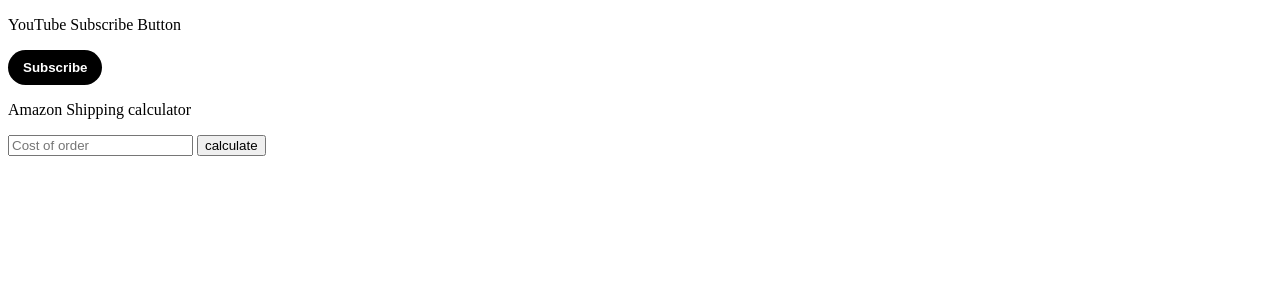
Repository: Samkiroko/Javascript-course
Page: 10-dom-project copy.html
The author's editor kept a copy of each file at every save. The page is drawn from the files as they stood at one save, then again after the next save.
The browser window is 1280 px wide. The pictures show the whole page.

Above is the page before, as saved 2023-08-28 10:14:45.

After the next save:
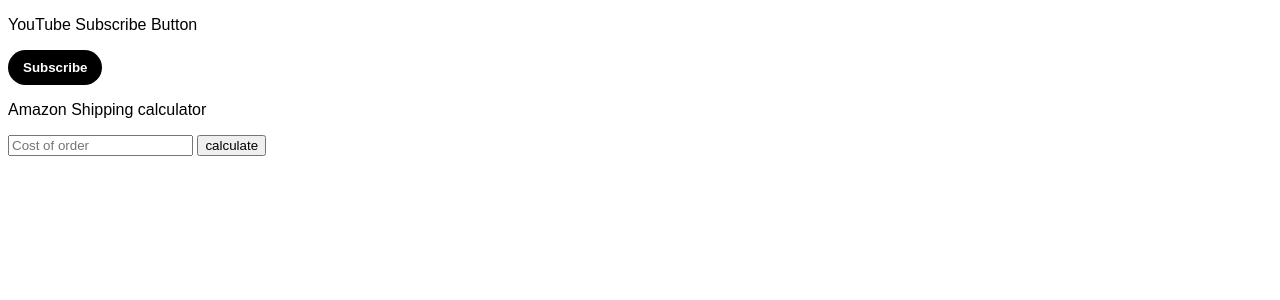
Saved 2 min 56 s later.
--- a/10-dom-project copy.html
+++ b/10-dom-project copy.html
@@ -5,6 +5,9 @@
     <meta name="viewport" content="width=device-width, initial-scale=1.0" />
     <title>Dom Project</title>
     <style>
+      body {
+        font-family: sans-serif;
+      }
       .subscribe-button {
         border: none;
         background-color: black;
